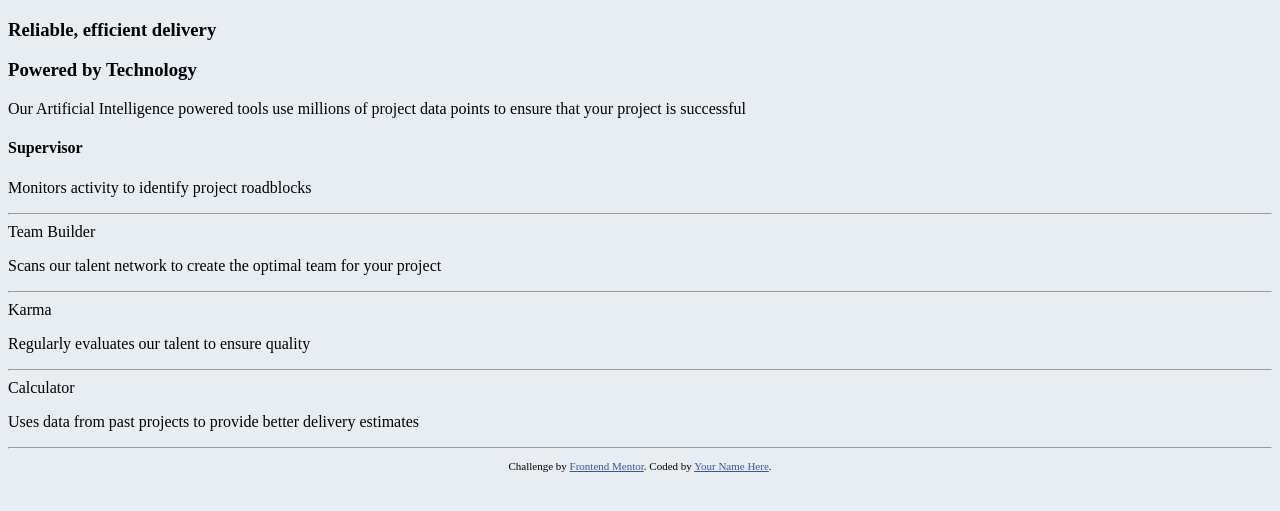
Repository: AngelaMwelu/four-card-page
Page: index.html
The author's editor kept a copy of each file at every save. The page is drawn from the files as they stood at one save, then again after the next save.
The browser window is 1280 px wide. The pictures show the whole page.

Above is the page before, as saved 2025-05-15 14:57:20.

### index.html
<!DOCTYPE html>
<html lang="en">
<head>
  <meta charset="UTF-8">
  <meta name="viewport" content="width=device-width, initial-scale=1.0"> <!-- displays site properly based on user's device -->

  <link rel="icon" type="image/png" sizes="32x32" href="./images/favicon-32x32.png">
  <link rel="stylesheet" href="style.css">

  <title>Frontend Mentor | Four card feature section</title>
  <!-- Feel free to remove these styles or customise in your own stylesheet 👍 -->
  <style>
    .attribution { font-size: 11px; text-align: center; }
    .attribution a { color: hsl(228, 45%, 44%); }
  </style>
</head>
<body>
  <div class="Card">
    <div class="about">
      <h3>Reliable, efficient delivery</h3>
      <h3>Powered by Technology</h3>

      <p>Our Artificial Intelligence powered tools use millions of project data points
       to ensure that your project is successful</p>
    </div>

    <div class="Supervisor">
      <h4>Supervisor</h4>
      <p>Monitors activity to identify project roadblocks</p>
    </div>
    <hr clas="br1">

    <div class="Team Builder">
      </h4>Team Builder</h4>
      </p>Scans our talent network to create the optimal team for your project</p>
    </div>
    <hr clas="br2">

    <div class="Karma">
      </h4>Karma</h4>
      </p>Regularly evaluates our talent to ensure quality</p>
    </div>
    <hr clas="br3">

    <div class="Calculator">
      </h4>Calculator</h4>
      </p>Uses data from past projects to provide better delivery estimates</p>
    </div>
    <hr clas="br4">
  </div>

  <footer>
    <p class="attribution">
      Challenge by <a href="https://www.frontendmentor.io?ref=challenge" target="_blank">Frontend Mentor</a>.
      Coded by <a href="#">Your Name Here</a>.
    </p>
  </footer>
</body>
</html>

### style.css
body{
    background: hsl(210, 29%, 93%)
}

After the next save:
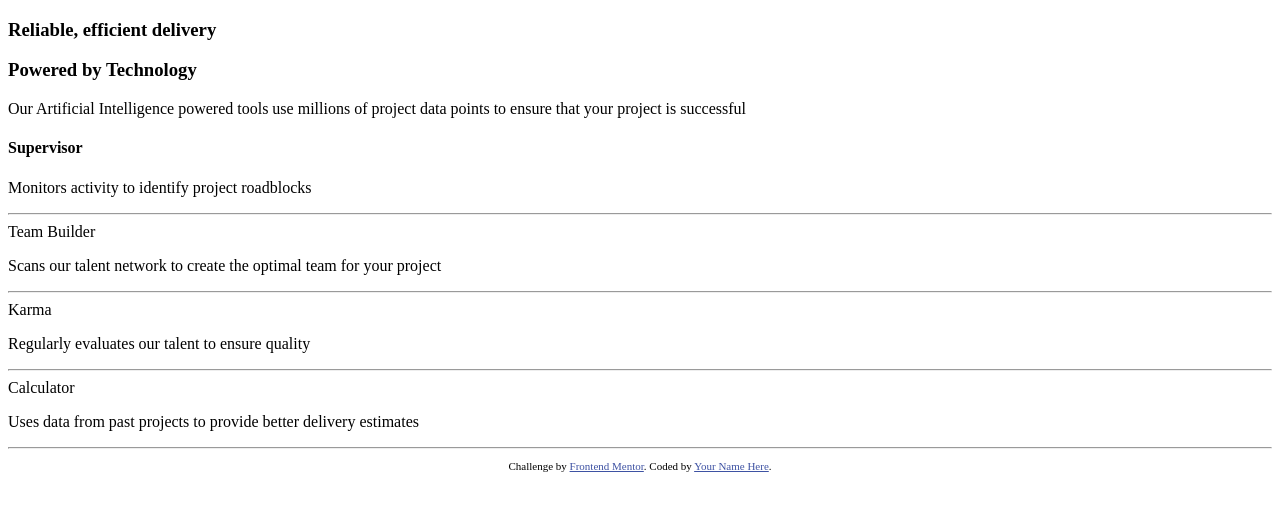
Saved 23 s later.
--- a/style.css
+++ b/style.css
@@ -1,3 +1,4 @@
 body{
     background: hsl(210, 29%, 93%)
+    mari
 }
